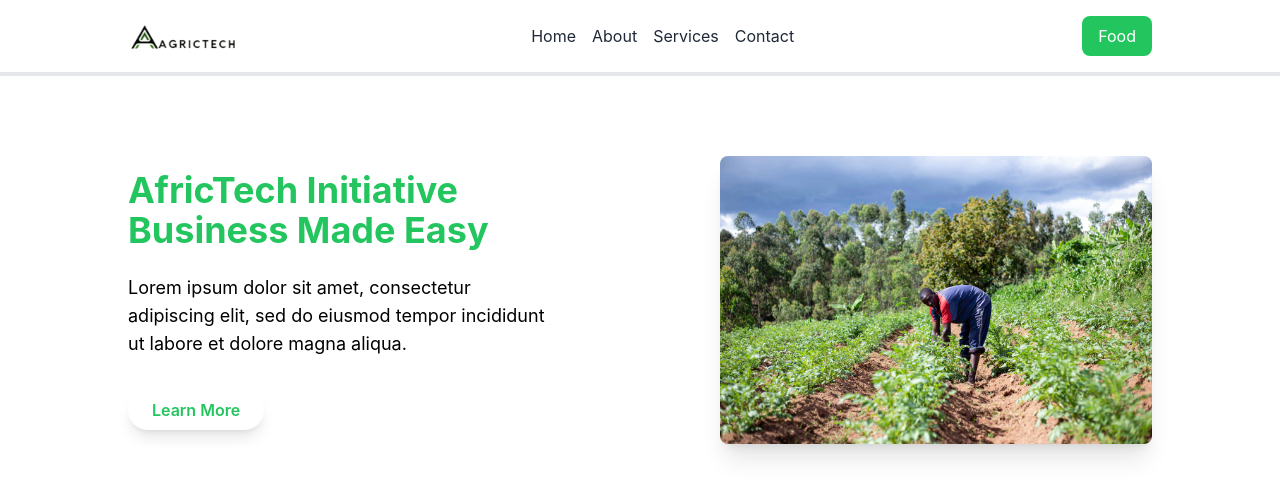
Repository: akinolapo/agric-tech
Page: /
An editor plug-in stored every save of this project. The page is shown before and after a run of saves, followed by the edit.
The browser window is 1280 px wide. The pictures show the whole page.
The project was rebuilt for these pictures with package versions that can differ from the ones it lists, and the page was loaded fresh each time.

Above is the page before, as saved 2023-05-27 00:17:59.

### src/App.js
import React from 'react'
import Header from './components/Header'
import Hero from './components/Hero'

const App = () => {
  return (
    <div>
      <Header/>
      <Hero/>
    </div>
  )
}

export default App

### src/components/Header.jsx
import React, { useState } from 'react';

const Header = () => {
  const [isMenuOpen, setIsMenuOpen] = useState(false);

  const toggleMenu = () => {
    setIsMenuOpen(!isMenuOpen);
  };

  const closeMenu = () => {
    setIsMenuOpen(false);
  };

  return (
    <header className="bg-white border-b-4">
      <div className="container mx-auto flex justify-between items-center py-4 px-5 sm:px-32">
        <div className="flex items-center">
          <img
            src={process.env.PUBLIC_URL+`media/logo.png`}
            alt="Logo"
            className="h-8 w-auto"
          />
        </div>
        <div className="hidden md:flex space-x-4">
          <a href="#" className="text-gray-800 hover:text-gray-600">Home</a>
          <a href="#" className="text-gray-800 hover:text-gray-600">About</a>
          <a href="#" className="text-gray-800 hover:text-gray-600">Services</a>
          <a href="#" className="text-gray-800 hover:text-gray-600">Contact</a>
        </div>
        <div className="md:hidden">
          <button
            type="button"
            className="flex items-center p-2 rounded-md text-gray-800 hover:text-gray-600 focus:outline-none"
            onClick={toggleMenu}
          >
            <svg
              xmlns="http://www.w3.org/2000/svg"
              className="h-6 w-6"
              fill="none"
              viewBox="0 0 24 24"
              stroke="currentColor"
            >
              <path
                strokeLinecap="round"
                strokeLinejoin="round"
                strokeWidth="2"
                d="M4 6h16M4 12h16M4 18h16"
              />
            </svg>
          </button>

        </div>
        <div className="hidden md:block">
          <button
            type="button"
            className="bg-green-500 text-white rounded-lg py-2 px-4"
          >
            Food
          </button>
        </div>
      </div>
      <div>
          {isMenuOpen && (
            <div className="mt-2 w-full">
              <ul className="bg-white border rounded-md divide-y divide-gray-200 shadow-md">
                <li className="py-2 px-4">
                  <a href="#" className="text-gray-800 hover:text-gray-600">Home</a>
                </li>
                <li className="py-2 px-4">
                  <a href="#" className="text-gray-800 hover:text-gray-600">About</a>
                </li>
                <li className="py-2 px-4">
                  <a href="#" className="text-gray-800 hover:text-gray-600">Services</a>
                </li>
                <li className="py-2 px-4">
                  <a href="#" className="text-gray-800 hover:text-gray-600">Contact</a>
                </li>
                <li className="py-2 px-4">
                  <button
                    type="button"
                    className="bg-green-500 text-white rounded-lg py-2 px-4 w-full"
                  >
                    Food
                  </button>
                </li>
              </ul>
              <div className="absolute top-0 right-0 p-2">
              </div>
            </div>
          )}
          </div>
    </header>
  );
};

export default Header;

### src/components/Hero.jsx
import React from 'react';

const Hero = () => {
  return (
    <section className="bg-white text-black py-20 px-5 sm:px-32">
      <div className="container mx-auto flex flex-col lg:flex-row items-center gap-40">
        <div className="lg:w-1/2">
          <h1 className="text-4xl font-bold mb-6 text-green-500">AfricTech Initiative Business Made Easy</h1>
          <p className="text-lg mb-8">Lorem ipsum dolor sit amet, consectetur adipiscing elit, sed do eiusmod tempor incididunt ut labore et dolore magna aliqua.</p>
          <button className="bg-white text-green-500 py-2 px-6 rounded-full font-semibold shadow-lg hover:shadow-xl transition duration-300">Learn More</button>
        </div>
        <div className="lg:w-1/2">
          <img src={process.env.PUBLIC_URL+`media/hero.jpg`}alt="Agriculture" className="rounded-lg shadow-xl" />
        </div>
      </div>
    </section>
  );
};

export default Hero;

Loaded but not shown: public/index.html (common file); src/index.js (common file); src/index.css (common file); tailwind.config.js (common file)

After the next 2 saves:
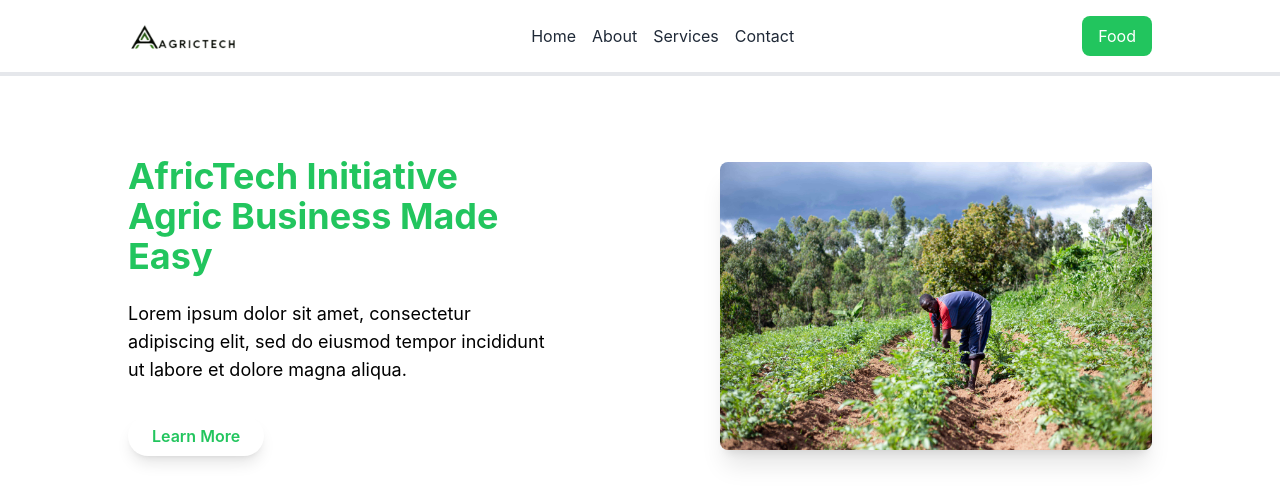
The 2 saves are shown as one change because they came seconds apart.
The last was saved 35 s later.
--- a/src/components/Hero.jsx
+++ b/src/components/Hero.jsx
@@ -5,7 +5,7 @@ const Hero = () => {
     <section className="bg-white text-black py-20 px-5 sm:px-32">
       <div className="container mx-auto flex flex-col lg:flex-row items-center gap-40">
         <div className="lg:w-1/2">
-          <h1 className="text-4xl font-bold mb-6 text-green-500">AfricTech Initiative Business Made Easy</h1>
+          <h1 className="text-4xl font-bold mb-6 text-green-500">AfricTech Initiative Agric Business Made Easy</h1>
           <p className="text-lg mb-8">Lorem ipsum dolor sit amet, consectetur adipiscing elit, sed do eiusmod tempor incididunt ut labore et dolore magna aliqua.</p>
           <button className="bg-white text-green-500 py-2 px-6 rounded-full font-semibold shadow-lg hover:shadow-xl transition duration-300">Learn More</button>
         </div>
